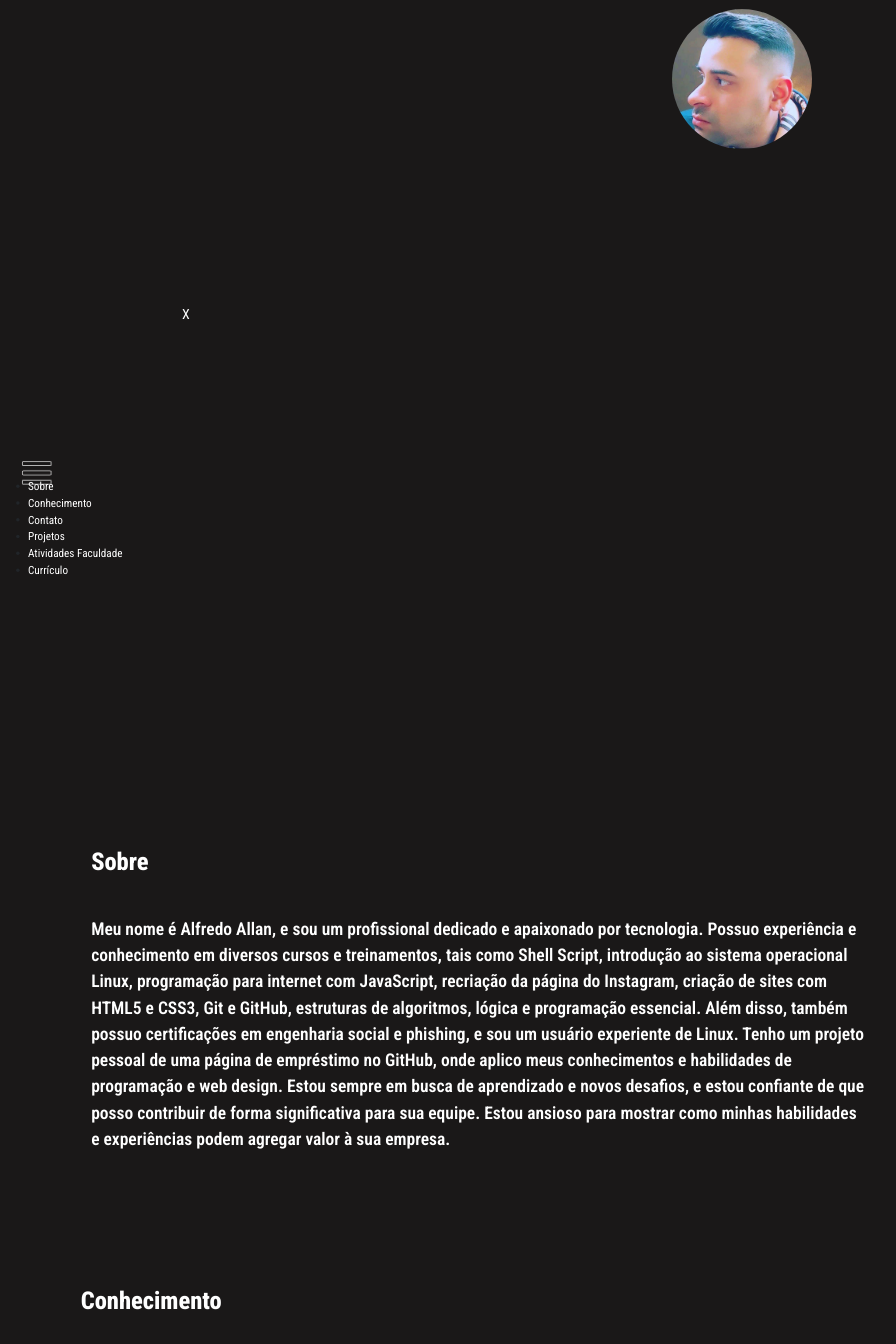
Repository: alfredo-allan/Portfolio
Page: index.html
An editor plug-in stored every save of this project. The page is shown before and after a run of saves, followed by the edit.
The browser window is 1280 px wide. The pictures show the part of the page from y = 0 to 1920 px (the page is 5427 px tall before and 5283 px after), at 70% of full size.

Above is the page before, as saved 2024-05-30 12:13:56.

After the next 3 saves:
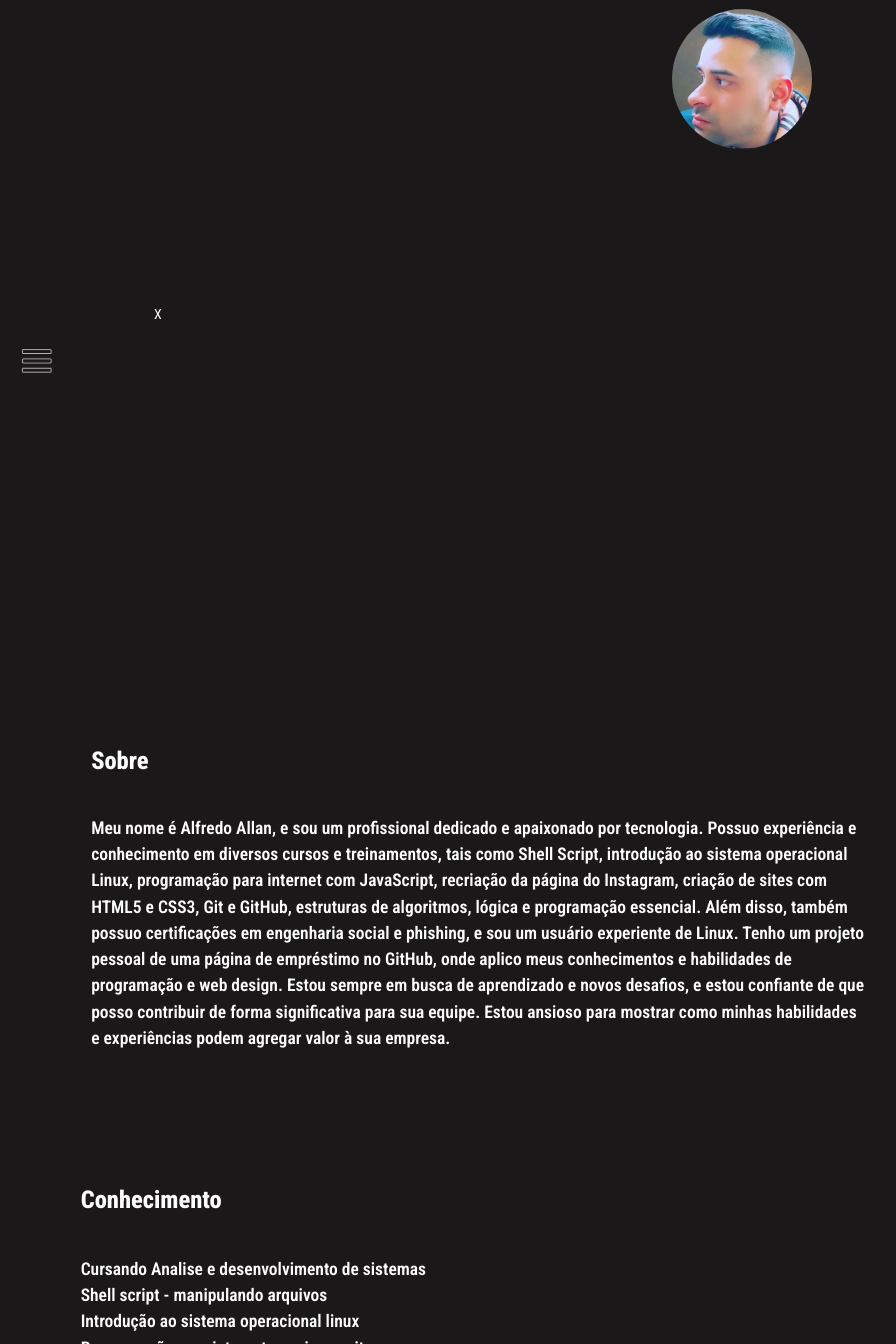
The 3 saves are shown as one change because they came seconds apart.
The last was saved 57 s later.
--- a/index.html
+++ b/index.html
@@ -19,10 +19,9 @@
     <div class="foto-perfil">
       <img src="./src/assets/images/foto-perfil.jpeg" alt="Minha Foto" />
     </div>
-    <div id="menu-options">
-      <ul>
-        <span id="close-icon">X</span>
-        <br />
+    <div id="menu-container">
+      <span id="close-icon">X</span>
+      <ul id="menu">
         <li><a href="#Sobre">Sobre</a></li>
         <li><a href="#Conhecimento">Conhecimento</a></li>
         <li><a href="#Contato">Contato</a></li>
